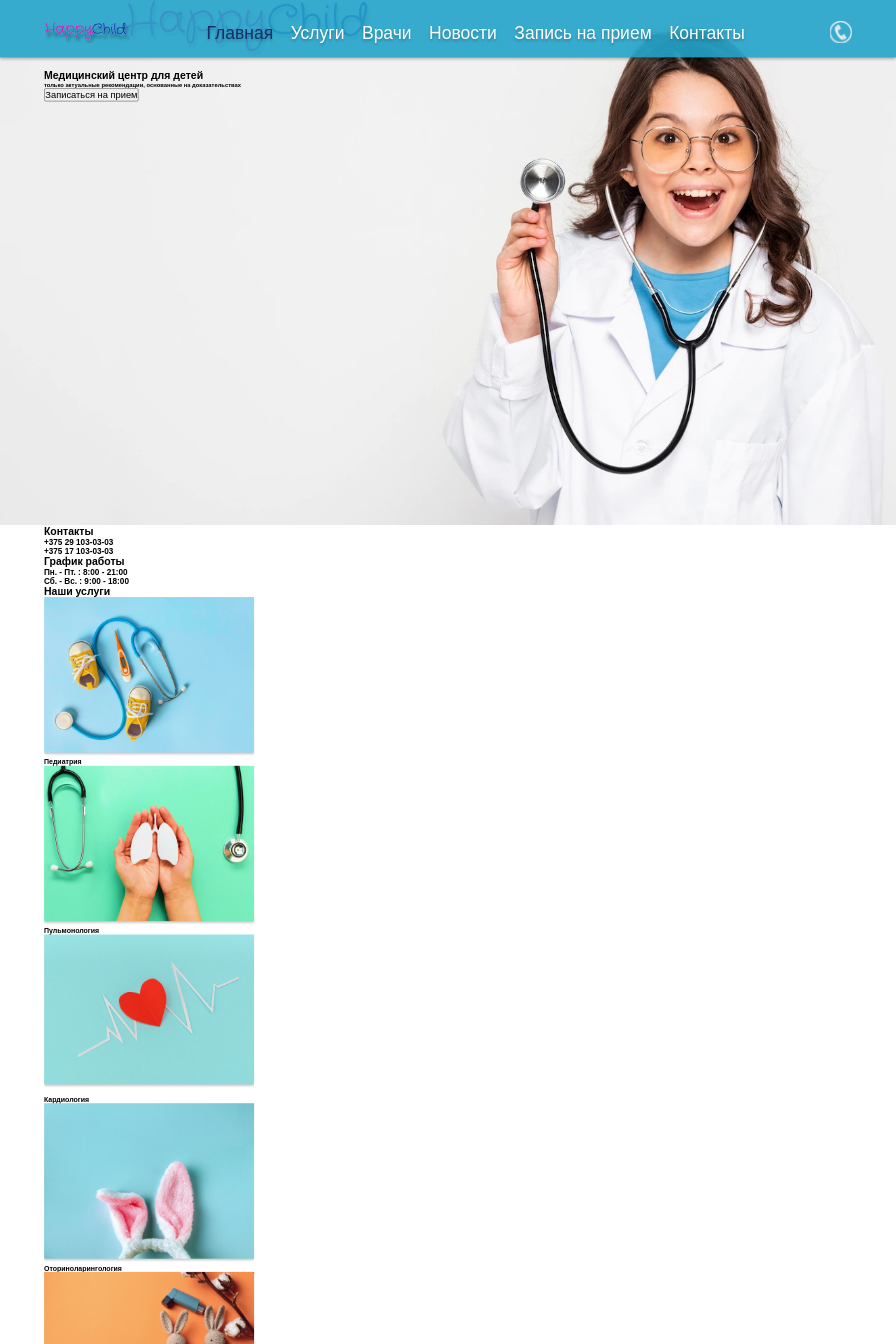
Repository: Normandy72/Landing-Page-Happy-Child
Page: index.html
These files come from the project's save history. The page is drawn as it stood at one moment and after the next save; the edit follows.
The browser window is 1280 px wide. The pictures show the part of the page from y = 0 to 1920 px (the page is 7728 px tall), at 70% of full size.
Some web fonts or font styles are not loaded; a fallback is used.

Above is the page before, as saved 2022-11-11 22:51:19.
Not found: styles/doctors_card.css
Not found: styles/news_card.css
Not found: styles/services_card.css

### index.html
<!DOCTYPE html>
<html lang="en">
<head>
    <meta charset="UTF-8">
    <meta http-equiv="X-UA-Compatible" content="IE=edge">
    <meta name="viewport" content="width=device-width, initial-scale=1.0">
    <link href="https://fonts.googleapis.com/css2?family=Neucha&display=swap" rel="stylesheet">
    <link rel="icon" href="resources/icon/stethoscope.ico" sizes="16x16">
    <link rel="icon" href="resources/icon/stethoscope.ico" sizes="32x32">
    <link rel="icon" href="resources/icon/stethoscope.ico" sizes="64x64">
    <link rel="stylesheet" href="styles/main.css">
    <title>Happy Child</title>
</head>

<body>
    <header>
        <div class="wrapper layout-3-columns">
            <a href="#">
                <div class="header__logo"></div>
            </a>
            <nav class="header__navigation">
                <a class = "navigation__link selected_link" href="#">Главная</a>
                <a class = "navigation__link" href="#">Услуги</a>
                <a class = "navigation__link" href="#">Врачи</a>
                <a class = "navigation__link" href="#">Новости</a>
                <a class = "navigation__link" href="#">Запись на прием</a>
                <a class = "navigation__link" href="#">Контакты</a>
            </nav>
            <a href="tel: +375291030303">
                <div class="header__phone"></div>
            </a>
        </div>
    </header>

    <main>
        <section class="section__main">
            <div class="wrapper main__text">
                <div class="main__logo"></div>
                <h1>Медицинский центр для детей</h1>
                <h5>только актуальные рекомендации, основанные на доказательствах</h5>
                <button class="button button_accented">Записаться на прием</button>
            </div>
        </section>

        <section class="section__information wrapper">
            <div class="information__block block__phone">
                <div class="block__icon"></div>
                <h2 class="heading_light">Контакты</h2>
                <h3>+375 29 103-03-03</h3>
                <h3>+375 17 103-03-03</h3>
            </div>
            <div class="information__block block__shedule">
                <div class="block__icon"></div>
                <h2 class="heading_light">График работы</h2>
                <h3>Пн. - Пт. :    8:00 - 21:00</h3>
                <h3>Сб. - Вс. :    9:00 - 18:00</h3>
            </div>
        </section>

        <section>
            <div class="section__lines">
                <div></div>
                <div></div>
                <div></div>
                <div></div>
            </div>
            <div class="wrapper section__services">
                <h2 class="heading_dark">Наши услуги</h2>
                <div class="services__card">
                    <img src="resources/img/services/pediatria.png" alt="pediatria">
                    <h4>Педиатрия</h4>
                </div>

                <div class="services__card">
                    <img src="resources/img/services/pulmo.png" alt="pulmo">
                    <h4>Пульмонология</h4>
                </div>

                <div class="services__card">
                    <img src="resources/img/services/cardio.png" alt="cardio">
                    <h4>Кардиология</h4>
                </div>

                <div class="services__card">
                    <img src="resources/img/services/lor.png" alt="lor">
                    <h4>Оториноларингология</h4>
                </div>

                <div class="services__card">
                    <img src="resources/img/services/allergo.png" alt="allergo">
                    <h4>Аллергология</h4>
                </div>

                <div class="services__card">
                    <img src="resources/img/services/surgery.png" alt="surgery">
                    <h4>Хирургия</h4>
                </div>

                <div class="services__card">
                    <img src="resources/img/services/neuro.png" alt="neuro">
                    <h4>Неврология</h4>
                </div>

                <div class="services__card">
                    <img src="resources/img/services/endocryn.png" alt="endocryn">
                    <h4>Эндокринология</h4>
                </div>

                <div class="services__card">
                    <img src="resources/img/services/ophtalm.png" alt="ophtalm">
                    <h4>Офтальмология</h4>
                </div>

                <div class="services__card">
                    <img src="resources/img/services/vaccination.png" alt="vaccination">
                    <h4>Вакцинация</h4>
                </div>

                <div class="services__card">
                    <img src="resources/img/services/usd.png" alt="usd">
                    <h4>УЗ-диагностика</h4>
                </div>

                <div class="services__card">
                    <img src="resources/img/services/stayhome.png" alt="stayhome">
                    <h4>Вызов врача на дом</h4>
                </div>
            </div>
        </section>

        <section class="section__addition">
            <div class="wrapper addition__info">
                <div class="addition__text">
                    <h2 class="heading_light">Записаться на прием онлайн</h2>
                    <h5>Записаться на приём можно в любое время суток и без выходных</h5>
                </div>
                <button class="button button_standart">Записаться онлайн</button>
            </div>
        </section>

        <section class="wrapper section__chief">
            <div class="chief__foto"></div>
            <div class="chief__text">
                <div class="text__lines">
                    <div class="lines__line"></div>
                    <p>“</p>
                    <div class="lines__line"></div>
                </div>
                <h5>Счастливый ребенок – это, прежде всего, ребенок здоровый, и только потом уже читающий
                и играющий на скрипке.</h5>
                <div class="text__lines">
                    <div class="lines__line"></div>
                    <p>”</p>
                    <div class="lines__line"></div>
                </div>
                <h5>Главный врач клиники</h5>
                <div class="chief__logo"></div>
                <h5>Самуилова Инна Абрамовна</h5>
            </div>
        </section>

        <section class="wrapper section__doctors">
            <h2 class="heading_dark">Познакомьтесь с нашими специалистами</h2>
            <p>Мы гордимся тем, что являемся медицинским центром, где Ваши дети на первом месте!
                В кратчайшие сроки мы предоставляем медицинскую помощь высочайшего качества и индивидуальное лечение ведущими специалистами страны. </p>
            <div class="doctors__arrays">
                <div></div>
                <div></div>
            </div>
            <div class="doctors__cards">
                <div class="doctors__card">
                    <img src="resources/img/doctors/ivanov1.png" alt="ivanov1">
                    <h5>Иванов Илья Денисович</h5>
                    <h6>Врач-оториноларинголог</h6>
                </div>

                <div class="doctors__card">
                    <img src="resources/img/doctors/stanina1.png" alt="stanina1">
                    <h5>Станина Александра Ивановна</h5>
                    <h6>Врач-офтальмолог</h6>
                </div>

                <div class="doctors__card">
                    <img src="resources/img/doctors/tkachenko1.png" alt="tkachenko1">
                    <h5>Ткаченко Антонина Львовна</h5>
                    <h6>Врач-невролог</h6>
                </div>

                <div class="doctors__card">
                    <img src="resources/img/doctors/savenko1.png" alt="savenko1">
                    <h5>Савенко Алина Викторовна</h5>
                    <h6>Врач-педиатр</h6>
                </div>

                <div class="doctors__card">
                    <img src="resources/img/doctors/krotov1.png" alt="krotov1">
                    <h5>Кротов Алексей Геннадьевич</h5>
                    <h6>Врач-хирург</h6>
                </div>

                <div class="doctors__card">
                    <img src="resources/img/doctors/karpovich1.png" alt="karpovich1">
                    <h5>Карпович Анна Игоревна</h5>
                    <h6>Врач-кардиолог</h6>
                </div>

                <div class="doctors__card">
                    <img src="resources/img/doctors/akulich1.png" alt="akulich1">
                    <h5>Акулич Олег Васильевич</h5>
                    <h6>Врач-эндокринолог</h6>
                </div>

                <div class="doctors__card">
                    <img src="resources/img/doctors/astapenko1.png" alt="astapenko1">
                    <h5>Астапенко Ирина Эдуардовна</h5>
                    <h6>Врач УЗ-диагностики</h6>
                </div>
            </div>
        </section>

        <section>
            <div class="section__lines">
                <div></div>
                <div></div>
                <div></div>
            </div>
            <div class="wrapper section__news">
                <h2 class="heading_dark">Новости</h2>
                <div class="news_card">
                    <img src="resources/img/news/news1.png" alt="news1">
                    <h4>25. 07. 2022   15 : 00</h4>
                    <h3>Всемирный день здоровья полости рта</h3>
                    <h5>Взрослея, организм ребенка испытывает множество изменений. В честь Всемирного дня здоровья полости рта наши стоматологи расскажут родителям и детям, как заботиться о зубах и деснах в разных возрастных периодах, какие средства использовать, чтобы смена молочных зубов прошла легко и безболезненно, и еще много-много полезного!</h5>
                    <a href="#">Подробнее...</a>
                </div>

                <div class="news_card">
                    <img src="resources/img/news/news2.png" alt="news1">
                    <h4>27. 07. 2022   13 : 30</h4>
                    <h3>Европейская неделя иммунизации</h3>
                    <h5>Знаете ли Вы, что иммунизация является единственным и надежным способом борьбы с эпидемиологическими заболеваниями, такими как корь, полиомиелит, эпидемический паротит и др.? В рамках Европейской недели иммунизации врач-педиатр Савенко Алина Викторовна познакомит Вас с текущим календарем профилактических прививок и ответит на все волнующие Вас вопросы! </h5>
                    <a href="#">Подробнее...</a>
                </div>

                <div class="news_card">
                    <img src="resources/img/news/news3.png" alt="news1">
                    <h4>28. 07. 2022    16 : 00</h4>
                    <h3>Международный день офтальмологии</h3>
                    <h5>Ухудшение зрения может лишить человека возможности заниматься любимым делом. Хорошо, что современная офтальмология обладает широкими возможностями для лечения многих заболеваний глаз.  Приходите к нам в Международный день офтальмологии и узнайте, что рекомендуют специалисты для профилактии заболеваний глаз.</h5>
                    <a href="#">Подробнее...</a>
                </div>
            </div>
        </section>

        <section class="section__addition">
            <div class="wrapper addition__info">
                <div class="addition__text">
                    <h2 class="heading_light">Подписаться на рассылку</h2>
                    <h5>Будьте в курсе новостей !</h5>
                </div>
                <form class="addition__form">
                    <input class = "addition__input" type="text" value="Email">
                    <button class="button button_standart">Подписаться</button>
                </form>
            </div>
        </section>

        <section class="wrapper section__callback">
            <div class="callback__form">
                <h2 class="heading_dark">Остались вопросы?</h2>
                <h5>Оставьте заявку, мы Вам перезвоним!</h5>
                <form action="">
                    <input class="callback__input" type="text" value="Ваше имя">
			        <input class="callback__input" type="tel" placeholder="Номер телефона" pattern="+375(29,17,33,44)[0-9]{3}-[0-9]{2}-[0-9]{2}" required>
			        <select class="callback__input" name="menu" size="1">
				        <option>Желаемая услуга</option>
				        <option value="ped">Педиатрия</option>
				        <option value="pulmo">Пульмонология</option>
				        <option value="cardio">Кардиология</option>
				        <option value="lor">Оториноларингология</option>
				        <option value="allergo">Аллергология</option>
				        <option value="surg">Хирургия</option>
				        <option value="neuro">Неврология</option>
				        <option value="endocryn">Эндокринология</option>
				        <option value="ophtalm">Офтальмология</option>
				        <option value="vaccin">Вакцинация</option>
				        <option value="usd">УЗ-диагностика</option>
				        <option value="stayhome">Вызов врача на дом</option>
			        </select>
			        <input class="callback__input" type="date" value="2022-01-01" min="2022-01-01" max="2022-12-31">
                    <label class="callback__checkbox">
                        <input type="checkbox">
                        Я даю согласие на хранение и обработку персональных данных
                    </label>
			        <button class="button button_standart">Оставить заявку</button>
                </form>
            </div>
            <div class="callback__photo"></div>
        </section>

        <section class="wrapper section__contacts">
            <h2 class="heading_dark">Ждем Вас в нашем центре !</h2>
            <div class="contacts__info">
                <h3>Контакты</h3>
                <h5>Мы находимся по адресу:</h5>
                <h4>г. Минск, ул. Матусевича, 70</h4>
                <h5>Связаться:</h5>
                <a href="tel: +375291030303">+375 29 103-03-03</a>
                <a href="tel: +375171030303">+375 17 103-03-03</a>
                <h5>Мы в соц. сетях:</h5>
                <div class="contacts__social">
                    <a href="#"></a>
                </div>
                <div class="contacts__social">
                    <a href="#"></a>
                </div>
                <div class="contacts__social">
                    <a href="#"></a>
                </div>
            </div>
            <div class="contacts__map">
                <iframe src="https://www.google.com/maps/embed?pb=!1m18!1m12!1m3!1d2349.7572817965843!2d27.4501670158107!3d53.91828888010291!2m3!1f0!2f0!3f0!3m2!1i1024!2i768!4f13.1!3m3!1m2!1s0x46dbc52f35b245d3%3A0x98f1d72de22c93c4!2z0YPQu9C40YbQsCDQnNCw0YLRg9GB0LXQstC40YfQsCA3MCwg0JzQuNC90YHQug!5e0!3m2!1sru!2sby!4v1659879735812!5m2!1sru!2sby" width="50%" height="562px" style="border:0;" allowfullscreen="" loading="lazy" referrerpolicy="no-referrer-when-downgrade"></iframe>
            </div>
        </section>
    </main>

    <footer>
        <div class="wrapper">
            <h5>ООО “HappyChild” © 2022</h5>
            <a href="#">Политика конфиденциальности</a>
        </div>
    </footer>
</body>
</html>

### styles/main.css
@import url(buttons.css);
@import url(common.css);
@import url(doctors_card.css);
@import url(footer.css);
@import url(form.css);
@import url(header.css);
@import url(headings.css);
@import url(layouts.css);
@import url(links.css);
@import url(news_card.css);
@import url(section_main.css);
@import url(services_card.css);
@import url(variables.css);

### styles/common.css
*{
    margin: 0;
    padding: 0;
    box-sizing: border-box;
}

html{
    scroll-behavior: smooth;
}

body{
    font-family: var(--main-font);
    font-size: 10px;
}

.wrapper{
    max-width: 1180px;
    min-width: 480px;
    padding: 0 1%;
    margin: auto;
}

### styles/header.css
header{
    width: 100%;
    background-color: var(--header-color);
    box-shadow: 0px 4px 4px rgba(0, 0, 0, 0.25);
    position: fixed;
    top: 0;
}

header .wrapper{
    padding-top: 30px;
    padding-bottom: 20px;
}

.header__logo{
    background-image: url(../resources/icon/HappyChild_small.svg);
    background-repeat: no-repeat;
    width: 136px;
    height: 31px;
}

.header__navigation{
    display: flex;
    align-items: center;
    justify-content: space-between;
}

.navigation__link{
    padding-right: 25px;
}

.header__phone{
    background-image: url(../resources/icon/phone.svg);
    background-repeat: no-repeat;
    width: 32px;
    height: 32px;
}

### styles/layouts.css
.layout-3-columns{
    display: flex;
    align-items: center;
    justify-content: space-between;
    flex-wrap: wrap;
    flex-basis: 33%;
}

### styles/links.css
a{
    text-decoration: none;
    color: var(--links-color);
    text-shadow: var(--links-shadow);
    font-size: var(--links-font-size);
}

a:hover{
    cursor: pointer;
    color: var(--links-hover-color);
    transition: var(--transition);
}

.selected_link{
    color: var(--selected-link-color);
}

### styles/section_main.css
.section__main{
    width: 100%;
    height: 750px;
    background-image: url(../resources/img/girl.jpg);
    background-size: cover;
    background-repeat: no-repeat;
}

.main__text{
    padding-top: ;
}

.main__logo{
    background-image: url(../resources/icon/HappyChild_big.png);
    background-repeat: no-repeat;
    width: 388px;
    height: 99px;
    margin-left: 10%;
}

### styles/variables.css
:root{
    /* fonts */
    --main-font: 'Neucha', Arial, cursive;

    /* font sizes */
    --links-font-size: 25px;

    /* colors */
    --header-color: rgba(35, 164, 201, 0.9);
    --links-color:  #FFFFFF;
    --links-shadow: 0px 4px 4px rgba(0, 0, 0, 0.25);
    --links-hover-color: #12306A;
    --selected-link-color: #12306A;

    /* transition */
    --transition: all .3s ease-out;
}

Loaded but not shown: styles/buttons.css (no copy from this time; the picture is the same without it); styles/footer.css (no copy from this time; the picture is the same without it); styles/form.css (no copy from this time; the picture is the same without it); styles/headings.css (no copy from this time; the picture is the same without it)

After the next save:
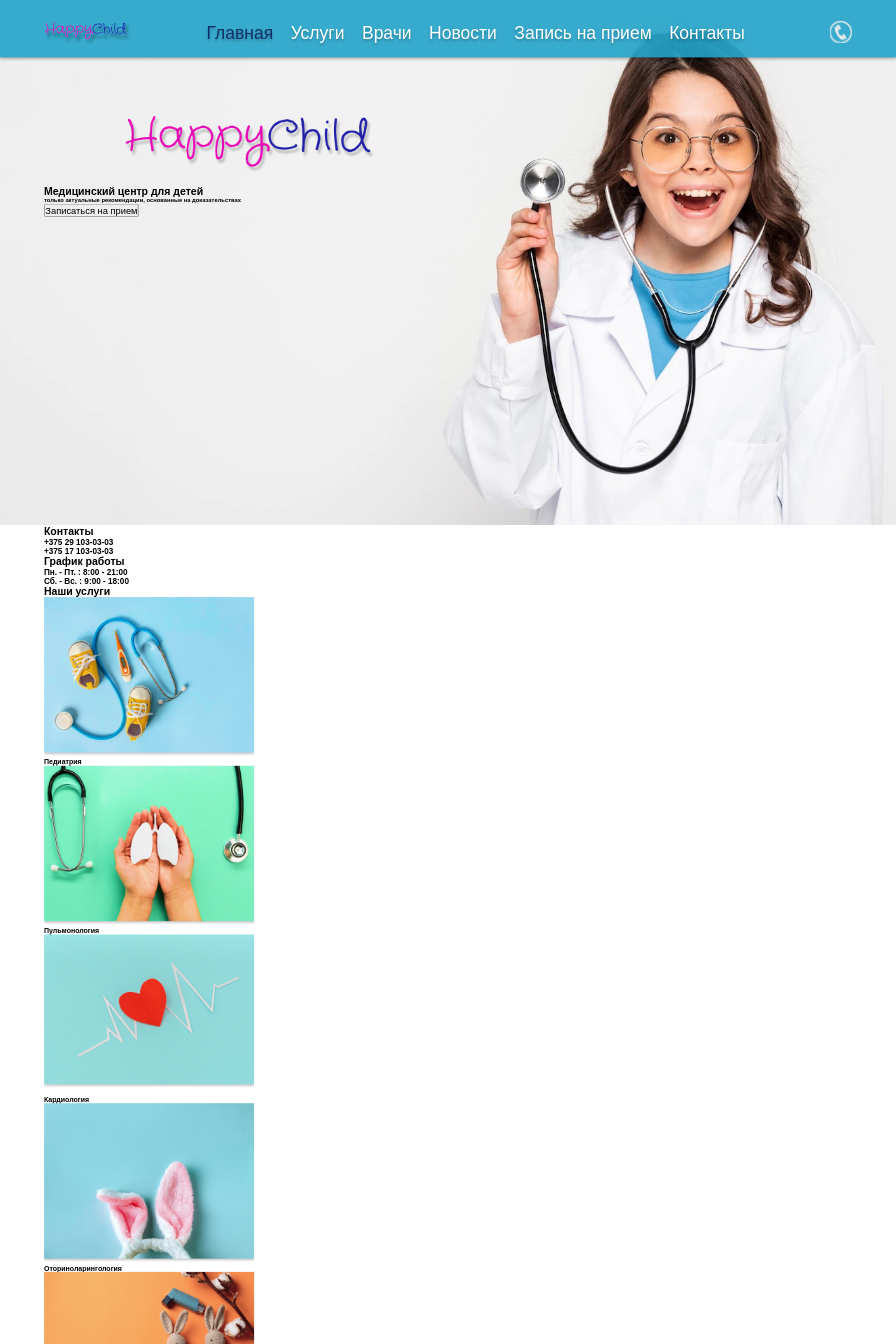
Saved 83 s later.
--- a/styles/section_main.css
+++ b/styles/section_main.css
@@ -7,7 +7,7 @@
 }
 
 .main__text{
-    padding-top: ;
+    padding-top: 165px;
 }
 
 .main__logo{
